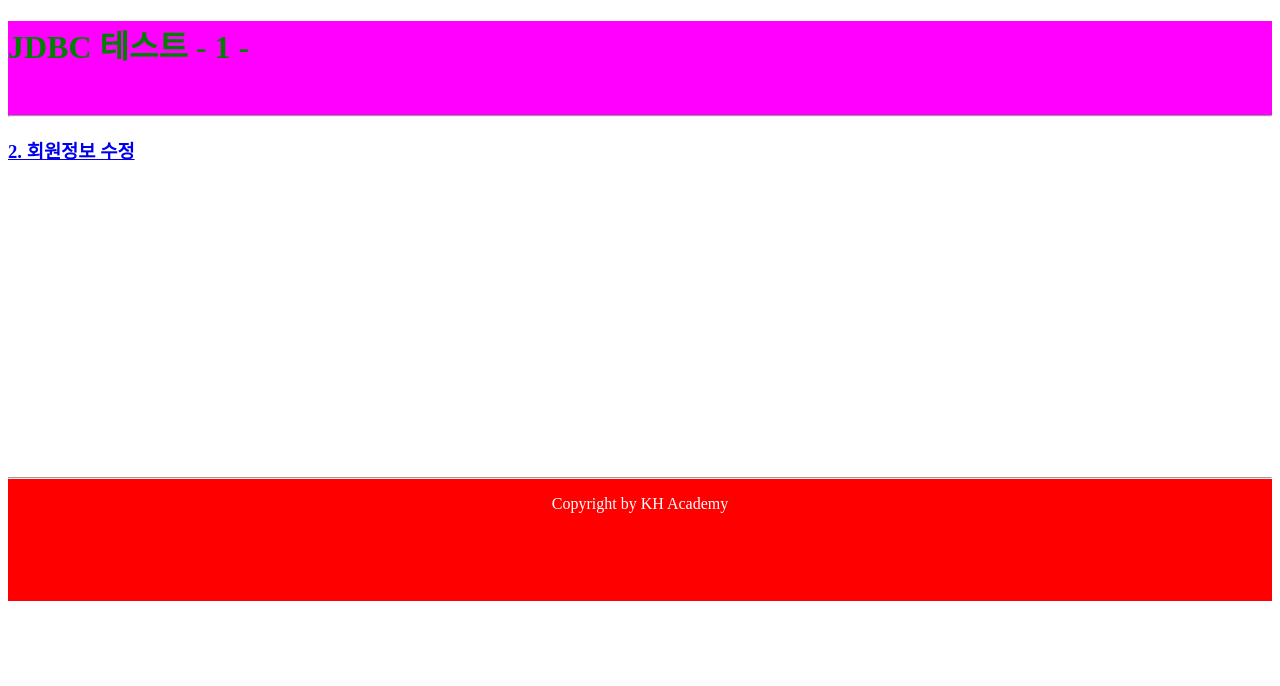
Repository: steeveelee2/WEB_Study
Page: http://localhost/JDBC1Project/
These files come from the project's save history. The page is drawn as it stood at one moment and after the next save; the edit follows.
The browser window is 1280 px wide. The pictures show the whole page.
The page is served by Tomcat 9.

Above is the page before, as saved 2018-10-18 01:17:42.

After the next save:
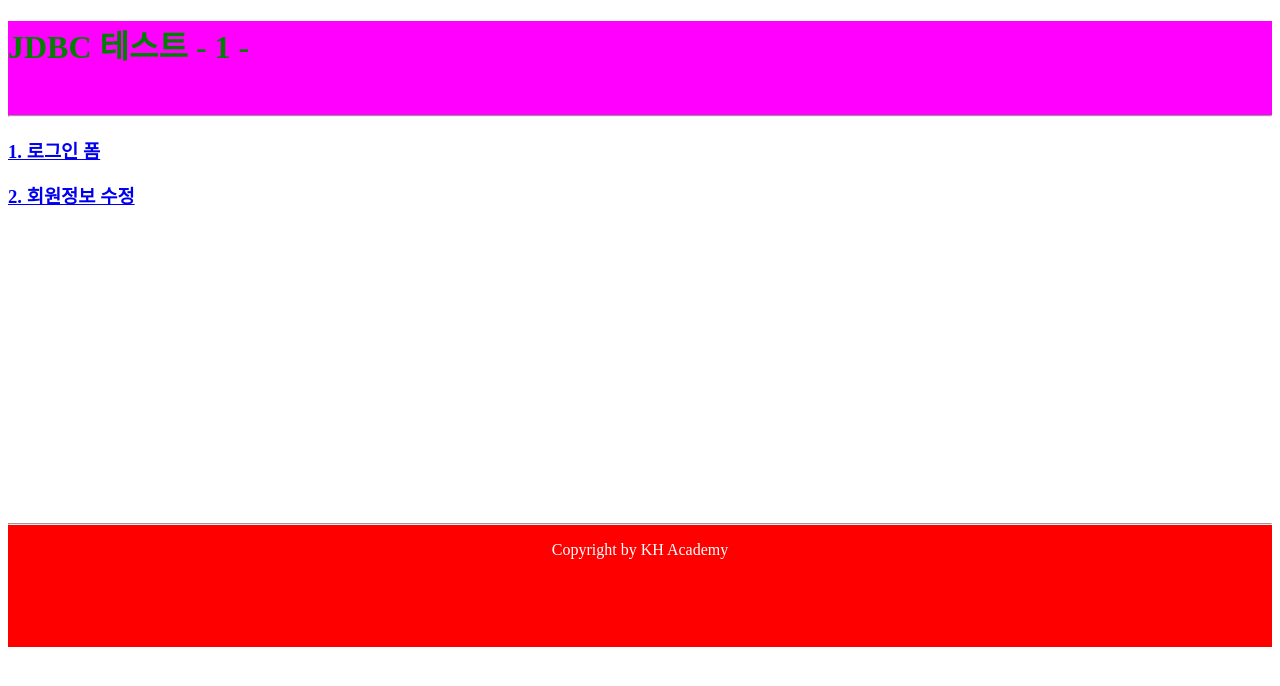
Saved 25 s later.
--- a/webWorkspace/JDBC1Project/web/index.jsp
+++ b/webWorkspace/JDBC1Project/web/index.jsp
@@ -26,6 +26,10 @@
 	<%} else{%>
 
 	<h3>
+		<a href="views/loginForm.jsp">1. 로그인 폼</a>
+	</h3>
+
+	<h3>
 		<a href="views/member/memberUpdateForm">2. 회원정보 수정</a>
 	</h3>
 
